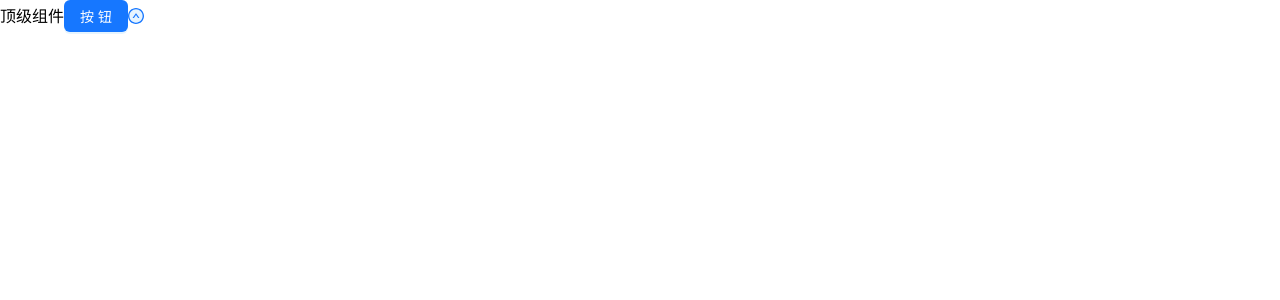
Repository: xzm1997/admin-management
Page: /
An editor plug-in stored every save of this project. The page is shown before and after the next save, followed by the edit.
The browser window is 1280 px wide. The pictures show the whole page.
The project was rebuilt for these pictures with package versions that can differ from the ones it lists, and the page was loaded fresh each time. Also part of the build but not shown: vite.config.ts.

Above is the page before, as saved 2023-03-28 19:08:24.

### src/main.tsx
import React from 'react'
import ReactDOM from 'react-dom/client'
import "reset-css"    // 置于APP前，防止样式覆盖
import "@/assets/styles/global.scss"
import App from './App'

ReactDOM.createRoot(document.getElementById('root') as HTMLElement).render(
  <React.StrictMode>
    <App />
  </React.StrictMode>,
)

### src/assets/styles/global.scss
$color:#fff;
body {
  background-color: $color;
  // 禁用文字选中
  user-select: none;
}
img {
  -webkit-user-drag: none;
}

### src/App.tsx
import { useState } from 'react'
import Comp1 from './components/Comp1'
import { Button } from 'antd';
import { UpCircleTwoTone } from "@ant-design/icons"

function App() {
  const [count, setCount] = useState(0)

  return (
    <div className="App">
      顶级组件
      <Button type="primary">按钮</Button>
      <UpCircleTwoTone style={{}}/>
    </div>
  )
}

export default App

Loaded but not shown: index.html (common file)

After the next save:
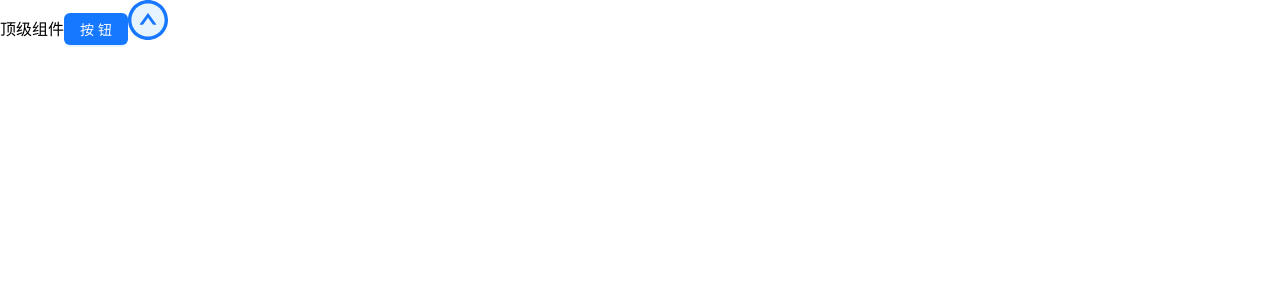
Saved 12 s later.
--- a/src/App.tsx
+++ b/src/App.tsx
@@ -10,7 +10,7 @@ function App() {
     <div className="App">
       顶级组件
       <Button type="primary">按钮</Button>
-      <UpCircleTwoTone style={{}}/>
+      <UpCircleTwoTone style={{ fontSize:'40px'}}/>
     </div>
   )
 }
